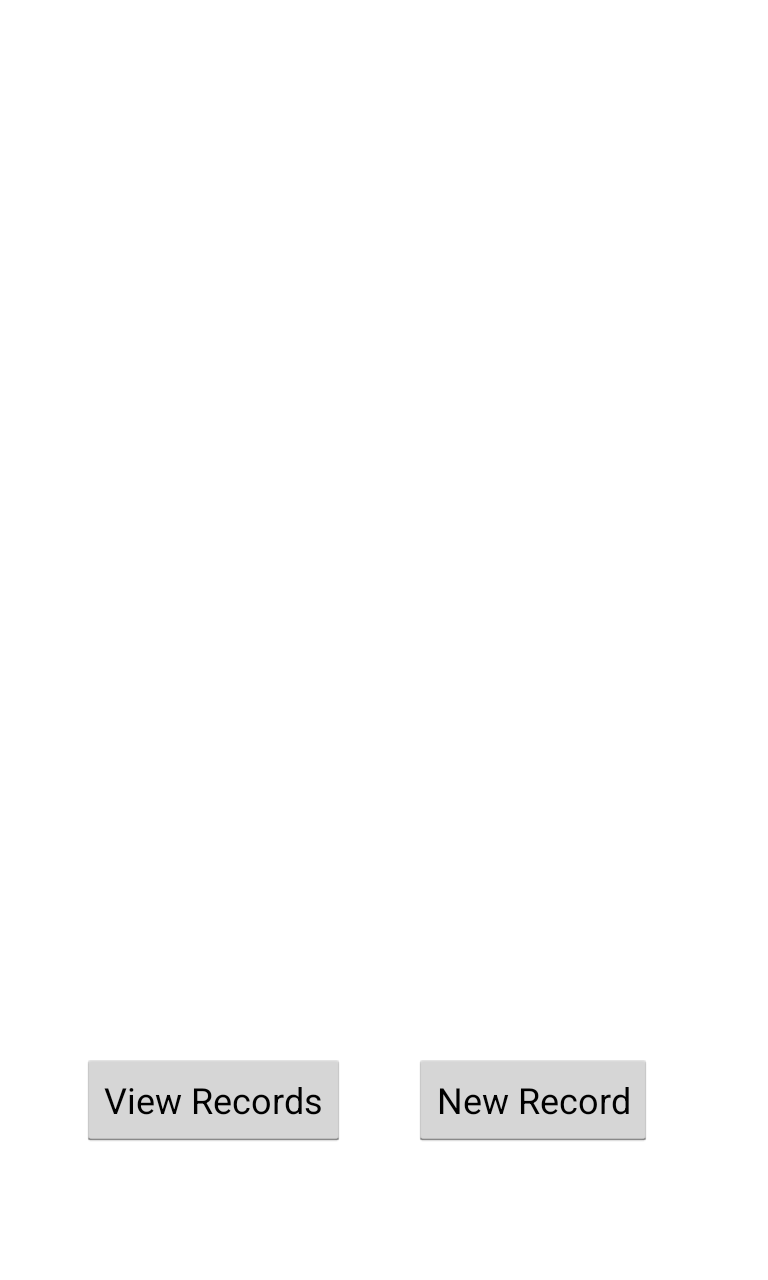
Repository: snehpatel3/Android-App
Layout: HospitalApp/res/layout/activity_patient.xml
The author's editor kept a copy of each file at every save. The layout is drawn from the files as they stood at one save, then again after the next save.
It is drawn on a 768 x 1280 px phone screen (xhdpi) without system bars, with theme AppTheme; the app's code is not run.

Above is the layout before, as saved 2014-11-27 06:14:45.

### HospitalApp/res/layout/activity_patient.xml
<RelativeLayout xmlns:android="http://schemas.android.com/apk/res/android"
    xmlns:tools="http://schemas.android.com/tools"
    android:layout_width="match_parent"
    android:layout_height="match_parent"
    android:paddingBottom="@dimen/activity_vertical_margin"
    android:paddingLeft="@dimen/activity_horizontal_margin"
    android:paddingRight="@dimen/activity_horizontal_margin"
    android:paddingTop="@dimen/activity_vertical_margin"
    tools:context=".PatientActivity" >

    <TextView
        android:id="@+id/pname"
        android:layout_width="wrap_content"
        android:layout_height="wrap_content"
        android:layout_alignParentLeft="true"
        android:layout_alignParentTop="true"
        android:layout_marginLeft="24dp"
        android:layout_marginTop="23dp"
        android:text="@string/pname"
        android:textAppearance="?android:attr/textAppearanceLarge" />

    <TextView
        android:id="@+id/phc"
        android:layout_width="wrap_content"
        android:layout_height="wrap_content"
        android:layout_alignRight="@+id/pname"
        android:layout_below="@+id/pname"
        android:layout_marginTop="24dp"
        android:text="@string/phc"
        android:textAppearance="?android:attr/textAppearanceMedium" />

    <TextView
        android:id="@+id/pdob"
        android:layout_width="wrap_content"
        android:layout_height="wrap_content"
        android:layout_alignLeft="@+id/pname"
        android:layout_below="@+id/phc"
        android:layout_marginTop="21dp"
        android:text="@string/pdob"
        android:textAppearance="?android:attr/textAppearanceMedium" />

    <Button
        android:id="@+id/update_recs"
        android:layout_width="wrap_content"
        android:layout_height="wrap_content"
        android:layout_alignBaseline="@+id/view_recs"
        android:layout_alignBottom="@+id/view_recs"
        android:layout_alignParentRight="true"
        android:layout_marginRight="41dp"
        android:onClick="NewRec"
        android:text="@string/update_recs" />

    <Button
        android:id="@+id/view_recs"
        android:layout_width="wrap_content"
        android:layout_height="wrap_content"
        android:layout_alignParentBottom="true"
        android:layout_marginBottom="50dp"
        android:layout_toRightOf="@+id/pdob"
        android:onClick="SeeRecs"
        android:text="@string/view_recs" />

</RelativeLayout>

### HospitalApp/res/values/strings.xml
<?xml version="1.0" encoding="utf-8"?>
<resources>

    <string name="app_name">"Hospital App "</string>
    <string name="action_settings">Settings</string>
    <string name="username_edit">Enter username</string>
    <string name="password_edit">Enter password</string>
    <string name="login_button">Login</string>
    <string name="title_activity_physician_menu">PhysicianMenuActivity</string>
    <string name="search_p1">Search for patient</string>
    <string name="logout_b1">Logout</string>
    <string name="title_activity_nurse_menu">NurseMenuActivity</string>
    <string name="search_p2">Search for patient</string>
    <string name="add_patient">Add new patient</string>
    <string name="unseen_button">Show unseen patients</string>
    <string name="logout_b2">Logout</string>
    <string name="title_activity_patient_search">PatientSearchActivity</string>
    <string name="hc_search">Insert patient health card no.</string>
    <string name="search_patient">Search</string>
    <string name="title_activity_unseen_display">UnseenDisplayActivity</string>
    <string name="title_activity_new_patient">NewPatientActivity</string>
    <string name="name_edit">Insert name</string>
    <string name="num_edit">Insert health card no.</string>
    <string name="dob_edit">yyyy-mm-dd</string>
    <string name="next_button">Next</string>
    <string name="title_activity_records">RecordsActivity</string>
    <string name="title_activity_nurse_record">NurseRecordActivity</string>
    <string name="diastolic_bp">Enter diastolic</string>
    <string name="systolic_bp">Enter systolic</string>
    <string name="temp_edit">Enter temperature</string>
    <string name="hr_edit">Enter heart rate</string>
    <string name="save_button1">Save</string>
    <string name="title_activity_physician_record">PhysicianRecordActivity</string>
    <string name="med_edit">Medications</string>
    <string name="in_edit">Instructions for medications go here</string>
    <string name="save_button2">Save</string>
    <string name="title_activity_date_time">DateTimeActivity</string>
    <string name="time_edit">Enter time seen</string>
    <string name="date_edit">Enter date seen</string>
    <string name="save_time">Save</string>
    <string name="title_activity_patient">PatientActivity</string>
	<string name="pname"></string>
	<string name="phc"></string>
	<string name="pdob"></string>
	<string name="view_recs">View Records</string>
	<string name="update_recs">New Record</string>

</resources>

Loaded but not shown: HospitalApp/res/values/styles.xml (common file); HospitalApp/res/values-v11/styles.xml (common file); HospitalApp/res/values-v14/styles.xml (common file); HospitalApp/res/values/dimens.xml (common file)

After the next save:
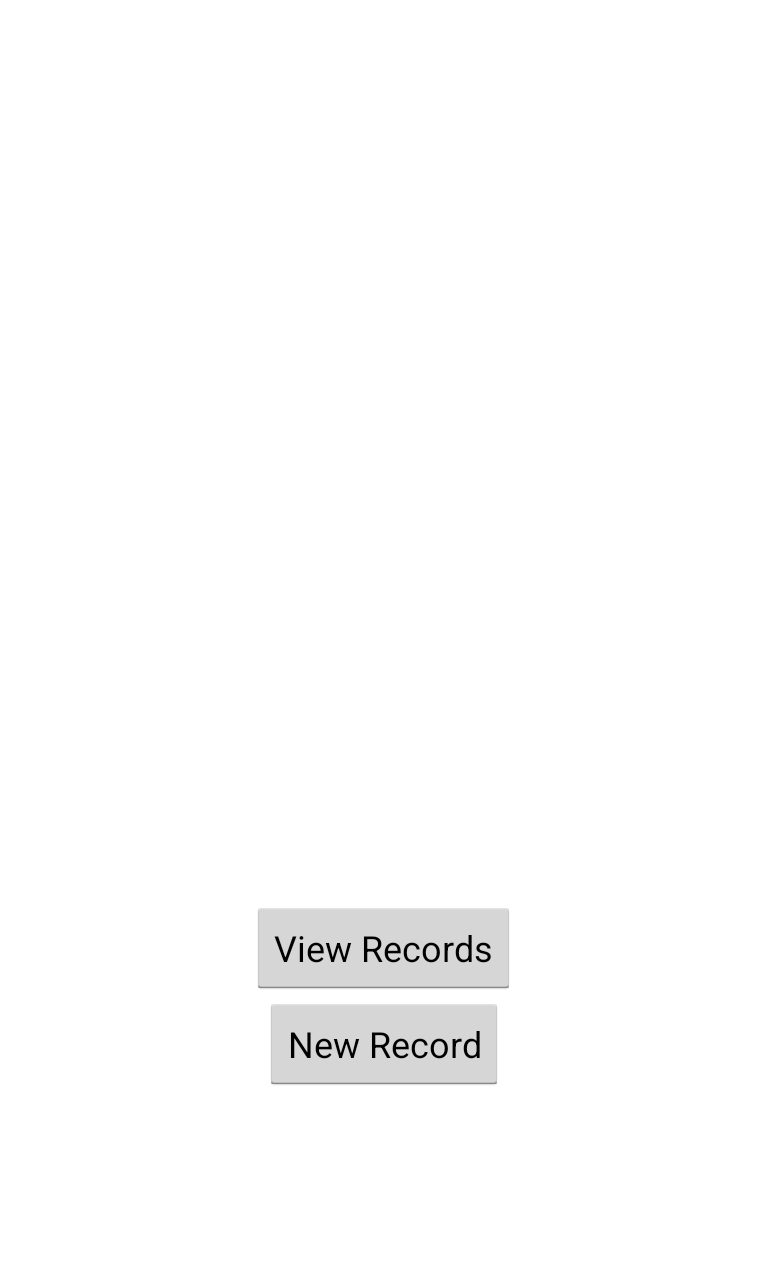
Saved 69 s later.
--- a/HospitalApp/res/layout/activity_patient.xml
+++ b/HospitalApp/res/layout/activity_patient.xml
@@ -43,10 +43,9 @@
         android:id="@+id/update_recs"
         android:layout_width="wrap_content"
         android:layout_height="wrap_content"
-        android:layout_alignBaseline="@+id/view_recs"
-        android:layout_alignBottom="@+id/view_recs"
-        android:layout_alignParentRight="true"
-        android:layout_marginRight="41dp"
+        android:layout_alignParentBottom="true"
+        android:layout_centerHorizontal="true"
+        android:layout_marginBottom="78dp"
         android:onClick="NewRec"
         android:text="@string/update_recs" />
 
@@ -54,9 +53,8 @@
         android:id="@+id/view_recs"
         android:layout_width="wrap_content"
         android:layout_height="wrap_content"
-        android:layout_alignParentBottom="true"
-        android:layout_marginBottom="50dp"
-        android:layout_toRightOf="@+id/pdob"
+        android:layout_above="@+id/update_recs"
+        android:layout_centerHorizontal="true"
         android:onClick="SeeRecs"
         android:text="@string/view_recs" />
 
